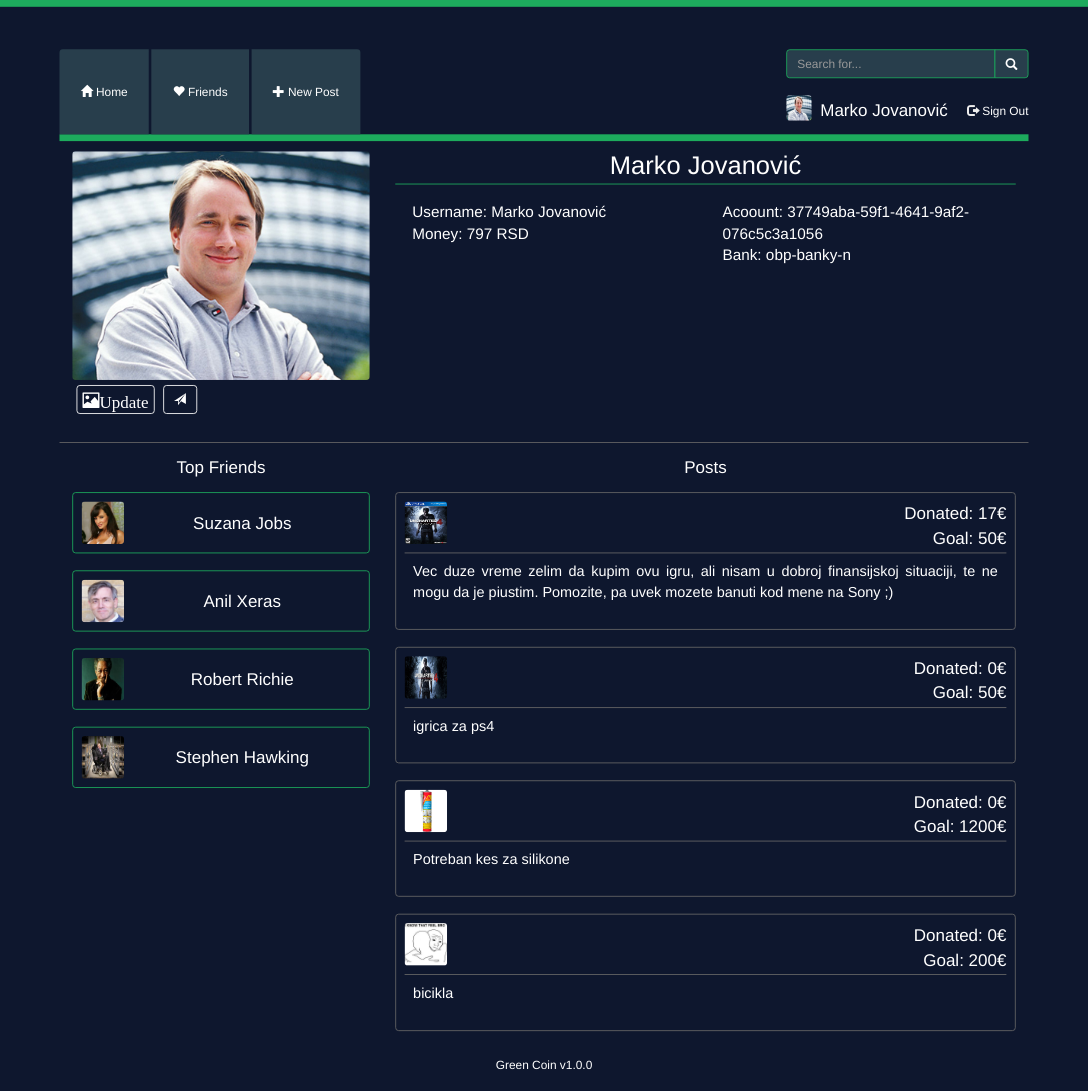
Repository: Hrimthusar/GreenCoin
Page: http://localhost/profile.php
The author's editor kept a record of every edit. The page is drawn from the files as they stood at one moment, then again after the next edit.
The browser window is 1280 px wide. The pictures show the whole page, at 85% of full size.
The page is run by PHP 8.4 with error messages shown; the project is at /var/www/html/. The session is filled in as if someone had signed in: {"userTest": "Marko Jovanović", "id": 4}. Other server files are loaded and not shown. The database holds what the project's SQL file puts in it.

Above is the page before.

### profile.php
<?php
    require("header.php");

    if(isset($_GET['id']))
        $id = $_GET['id'];
    else {
        $id = $_SESSION['id'];
    } // zatvorio sam ovde

    if (isset($_FILES['profImg'])) {
        $uploadDir = "images/users/";
        $allowedExts = array('jpg','jpeg','png');

        $extension = end(explode('.',$_FILES['profImg']['name']));

        if (!in_array($extension, $allowedExts)) {
            echo "Invalid image format. <br>";
            exit();
        }
        if ($_FILES['profImg']['size'] > 2097152) {
             echo "Image too large. <br>";
        }
        $imagePath = $uploadDir.$id.'.'.$extension;
        $imageLink = $id.'.'.$extension;

        // if (!file_exists($imagePath)) {
            move_uploaded_file($_FILES['profImg']['tmp_name'], $imagePath);
        // }

        $query = "UPDATE users SET img='$imageLink' WHERE id='$id'";
        $result = mysqli_query($db, $query);

    }
?>

<div class='row' id="profil-first-line">
    <div class='col-md-4 profil-slika'>
        <?php
            $query = "SELECT * FROM users WHERE id = '$id'";
            $result = mysqli_query($db, $query);
            $row = mysqli_fetch_array($result, MYSQLI_ASSOC);

            if (strlen($row['img']))
                echo "<img id='imgprev2' src='images/users/{$row['img']}'/>"; //onError="this.src='images/no-image.jpg'
            else
                echo "<img id='imgprev2' src='images/no-image.jpg'>";
        ?>

        <?php if($id == $_SESSION['id']){ ?>
        <div class='dugmad-ispod'>
            <form action="" method="post" enctype="multipart/form-data">
                <label for="profImg">
                    <span class="img-upload glyphicon glyphicon-picture" aria-hidden="true">Update</span>
                    <input type="file" name="profImg" id="profImg" accept="image/*" style='display:none'>
                </label>
                <button type="submit" class='search-btn btn glyphicon glyphicon-send' style='background:transparent;border:1px solid #fff;'></button>
            </form>
        </div>
        <?php } ?>
    </div>

    <div class='col-md-8 profil-informacije'>
        <h2><?php echo $row['username']; ?></h2>
        <div class='profil-informacije-pola'>
            Username: <?php echo $row['username']; ?> <br />
            Money: <?php echo $row['wallet'] ?> RSD <br />
        </div>
        <div class='profil-informacije-pola'>
<?php
    if($id == $_SESSION['id']){

?>
            Acoount: <?php echo $row['bank_acc']; ?> </br>
            Bank: <?php echo $row['bank_id']; ?>
<?php
} else {
?>
    <!--<div class='profil-friend-loan' style='color:#1DAB5D;'>-->
    <!--    + 20&euro;-->
    <!--</div>-->
<?php
}
?>
        </div>
    </div>
</div>
<?php
    if($id == $_SESSION['id']){
?>
        <div class='row profil-second-line'>
            <div class='col-md-4'>
                <?php
                   $query = "SELECT * FROM friends WHERE friend_one='$id' OR friend_two='$id'";
                    $result = mysqli_query($db, $query);

                    $friends = array();

                    while ($row = mysqli_fetch_array($result, MYSQLI_ASSOC)) {
                        if (intval($row['friend_one']) == $id)
                            $friends[] = $row['friend_two'];
                        else
                            $friends[] = $row['friend_one'];
                    }

                    $query = "SELECT * FROM users ORDER BY id DESC";
                    $result = mysqli_query($db, $query);
                ?>
                <span  class='padding-5'>Top Friends</span>
                <?php
                    while ($row = mysqli_fetch_array($result, MYSQLI_ASSOC)) {
                        if (in_array($row['id'], $friends)) {
                ?>
                <a href="profile.php?id=<?php echo $row['id'] ?>">
                    <div class='friend-article'>
                        <img src='images/users/<?php echo $row['img']; ?>'/>
                        <div class='friend-article-name'><?php echo $row['username']; ?></div>
                    </div>
                </a>
                <?php
                        }
                    }
                ?>
            </div>
            <div class='col-md-8 profil-mid'>
                <span  class='padding-5'>Posts</span>
                <?php
                    $query = "SELECT * FROM posts WHERE user_id='$id'";
                    $result = mysqli_query($db, $query);

                    while ($row = mysqli_fetch_array($result, MYSQLI_ASSOC)) {
                ?>
                <a href="post.php?id=<?php echo $row['id'];?>">
                    <div class='profil-post-article'>
                        <img src="<?php echo 'images/posts/'.$row['img']; ?>"/>
                        <div class='friend-article-price'>Donated: <?php echo $row['current_money']; ?>&euro;</br>Goal: <?php echo $row['money']; ?>&euro;</div>
                        <div class='friend-article-text'>
                            <?php echo $row['content'];?>
                        </div>
                    </div>
                </a>
                <?php
                    }
                ?>
            </div>
        </div>
<?php
    } else { //i ako je prijatelj
?>
<div class='row profil-second-line'>
    <?php
        $query = "SELECT * FROM posts WHERE user_id='$id'";
        $result = mysqli_query($db, $query);
        while ($row = mysqli_fetch_array($result, MYSQLI_ASSOC)) {
    ?>
    <div class='col-md-6 profil-mid'>
        <div class='profil-post-article'>
            <img src='images/posts/<?php echo $row['img'] ?>'></img>
            <div class='friend-article-price'>Donated: <?php echo $row['current_money'] ?>&euro;</br>Goal: <?php echo $row['money'] ?>&euro;</div>
            <div class='friend-article-text'>
                <?php echo $row['content'];?>
            </div>
        </div>
    </div>



     <!--<span class='main-article-date'><?php echo date("d.m.Y.", $row['vreme'])." at ".date("H:m", $row['vreme']);?></span>-->
     <!--   <div class='main-article-text'>-->
     <!--       <div class='main-article-shadow main-article-down'>-->
     <!--           <div class='main-more glyphicon glyphicon-chevron-down'></div>-->
     <!--       </div>-->
     <!--       <?php echo $row['content'];?>-->
     <!--   </div>-->
     <!--   <div class='main-article-image'>-->
     <!--       <a href='post.php?id=<?php echo $row["id"];?>'><img class="img img-responsive" src='images/posts/<?php echo $row['img'] ?>'></img></a>-->
     <!--   </div>-->
     <!--   <div class='main-desno'>-->
     <!--       <div class='main-article-money'>-->
     <!--           <?php echo $row['current_money'] ?>&euro;</br>-->
     <!--           (<?php echo $row['money'] ?>&euro;)</br>-->
     <!--       </div>-->
     <!--       <div class='input-box'>-->
     <!--           <form action='transaction.php' method='post'>-->
     <!--               <input type='hidden' name="userid" value="<?php echo $row['user_id']?>"/>-->
     <!--               <input class='search-box form-control' placeholder='Cash' name="cash"></input>-->
     <!--               <a href="transaction.php"><button class='search-btn btn btn-green glyphicon glyphicon-send'></button></a>-->
     <!--           </form>-->
     <!--       </div>-->
     <!--   </div>-->



    <?php } ?>

</div>
<?php
    }
?>
<?php
    require("footer.php");
?>

### header.php
<?php
    require('init.php');
    if (!isset($_SESSION['id']))
        header("Location: login.php");
    $headId = $_SESSION['id'];
    $result = mysqli_query($db, "SELECT * FROM users WHERE id = '$headId'");
    $row = mysqli_fetch_array($result, MYSQLI_ASSOC);
?>
<html>
    <head>
        <meta charset="utf-8">
        <meta name="viewport" content="width=device-width, initial-scale=1, maximum-scale=1, user-scalable=no">

        <link rel="stylesheet" href="bower_components/bootstrap/dist/css/bootstrap.css">
        <link rel="stylesheet" href="css/style.css">
        <script src="bower_components/jquery/dist/jquery.min.js"></script>
        <script src="js/circle-progress.js"></script>
        <script src="js/script.js"></script>

        <title>
            Green Coin v1.0.0
        </title>
    </head>
    <body>
        <div id='splashscreen'>
            <div id='splash-in'></div>
        </div>

        <div class='header-line'></div>

        <?php
            $page = substr($_SERVER['PHP_SELF'], strpos($_SERVER['PHP_SELF'], "/") + 1);
        ?>

        <div class='container'>
            <div id='header' class='row'>
                <div class='col-md-9 col-sm-12 col-xs-12 nopadding'>
                    <a href='index.php'>
                        <div class='header-article <?php if($page == 'index.php') echo "header-active"?>' style='border-top-left-radius:4px;'>
                            <span class='glyphicon glyphicon-home'></span>
                            Home
                        </div>
                    </a>
                    <a href='friends.php'>
                        <div class='header-article <?php if($page == 'friends.php') echo "header-active"?>'>
                            <span class='glyphicon glyphicon-heart'></span>
                            Friends
                        </div>
                    </a>
                    <!-- SLIDE DOWN ISPOD -->
                    <div class='header-article new-trigger article-border-right'>
                        <span class='glyphicon glyphicon-plus'></span>
                        New Post
                    </div>

                    <div id='new-post'>
                        <form action="new_post.php" method="POST" enctype="multipart/form-data">
                            <textarea name="content" required></textarea>
                                <div style='width:100%;float:left;margin-bottom:10px;'>
                                    <div class='main-article-image'>
                                        <img class="img img-responsive" id="imgprev" onError="this.src='images/no-image.jpg'"></img>
                                    </div>
                                </div>
                                <label for="imgInp">
                                    <span class="img-upload glyphicon glyphicon-picture" aria-hidden="true">Image</span>
                                    <input type="file" id="imgInp" name="imgInp" accept="image/*" style="display:none" required>
                                </label>
                                <input class='price' name="cash" placeholder="Cash" type="text">
                                <label for="send" style='float:right'>
                                    <span class="img-upload glyphicon glyphicon-send" aria-hidden="true">Send</span>
                                    <input type="submit" id="send" style="display:none" name="send">
                                </label>
                        </form>
                    </div>

                    <!-- DO OVDE -->
                    <a href='profile.php'>
                        <div class='header-article unhide-sm <?php if($page == 'profile.php') echo "header-active"?>' style='border-top-right-radius:4px;visibility: hidden;'>
                            <span class='glyphicon glyphicon-user'></span>
                            Profile
                        </div>
                    </a>
                </div>

                <div class="col-md-3 col-sm-12 col-xs-12 nopadding">
                    <div class="input-group">
                      <input type="text" class="search-box form-control" placeholder="Search for...">
                      <span class="input-group-btn">
                        <button class="search-btn btn btn-green glyphicon glyphicon-search" type="button"></button>
                      </span>
                    </div>
                    <div id='profile' class='hide-sm'>
                        <a href='profile.php' style='color:#fff;'>
                            <div class='profile-hover'>
                                <div>
                                    <?php
                                        if (strlen($row['img']))
                                            echo "<img src='images/users/{$row['img']}'/>";
                                        else
                                            echo "<img src='images/no-image.jpg'>";
                                    ?>
                                </div>
                                    <span class='profile-name'><?php echo $row['username']; ?></span>
                            </div>
                        </a>

                          <div class='sign-out'>
                            <span class='glyphicon glyphicon-log-out'></span>
                            <span><a href="signout.php">Sign Out</a></span>
                        </div>
                    </div>
                </div>

                <div class='header-line hide-sm'></div>
            </div>

### init.php
<?php
    session_start();

    DEFINE('HOST', '127.0.0.1');
    DEFINE('USER', 'sevic6');
    DEFINE('PASSWORD', 'cistodaimamo');
    DEFINE('DATABASE', 'codebeyond' );

    $db = mysqli_connect(HOST, USER, PASSWORD, DATABASE);
    $db->query("SET NAMES 'utf8'");

    if (mysqli_errno($db))
        die ("Couldn't connect to the database: " . mysqli_error());

### footer.php
        <!--<div id="data">-->

        <!--</div>-->
        <div id="footer">
            <p>Green Coin v1.0.0</p>
        </div>
<?php
?>
</body>
</html>

### DB/db.sql (the tables this page reads)
CREATE TABLE IF NOT EXISTS `friends` (
  `id` int(5) NOT NULL AUTO_INCREMENT,
  `friend_one` int(5) NOT NULL,
  `friend_two` int(5) NOT NULL,
  PRIMARY KEY (`id`)
) ENGINE=InnoDB  DEFAULT CHARSET=latin1 AUTO_INCREMENT=25;

INSERT INTO `friends` (`id`, `friend_one`, `friend_two`) VALUES
(5, 4, 5),
(6, 4, 6),
(9, 4, 8),
(10, 4, 10),
(20, 8, 6),
(21, 10, 6),
(24, 4, 20);

CREATE TABLE IF NOT EXISTS `posts` (
  `id` int(5) NOT NULL AUTO_INCREMENT,
  `content` text COLLATE utf8_bin NOT NULL,
  `img` text COLLATE utf8_bin NOT NULL,
  `money` smallint(6) NOT NULL,
  `current_money` smallint(4) NOT NULL,
  `user_id` int(5) NOT NULL,
  `disabled` tinyint(4) NOT NULL,
  `vreme` timestamp NULL DEFAULT CURRENT_TIMESTAMP,
  PRIMARY KEY (`id`),
  KEY `user_id` (`user_id`)
) ENGINE=InnoDB  DEFAULT CHARSET=utf8 COLLATE=utf8_bin AUTO_INCREMENT=41;

INSERT INTO `posts` (`id`, `content`, `img`, `money`, `current_money`, `user_id`, `disabled`, `vreme`) VALUES
(30, 'Vec duze vreme zelim da kupim ovu igru, ali nisam u dobroj finansijskoj situaciji, te ne mogu da je piustim. Pomozite, pa uvek mozete banuti kod mene na Sony ;)', '30.jpg', 50, 17, 4, 0, '2016-05-17 02:22:02'),
(32, 'They see me rolling....', '32.jpg', 300, 278, 5, 0, '2016-05-17 09:56:57'),
(33, 'Od malih nogu slusam elektronsku muziku, i imam zelju da jednom odem na Tomorrowland, ali nisam u finansijskoj situaciji da to sebi priustim. Od malih nogu slusam elektronsku muziku, i imam zelju da jednom odem na Tomorrowland, ali nisam u finansijskoj situaciji da to sebi priustim. Od malih nogu slusam elektronsku muziku, i imam zelju da jednom odem na Tomorrowland, ali nisam u finansijskoj situaciji da to sebi priustim. Od malih nogu slusam elektronsku muziku, i imam zelju da jednom odem na Tomorrowland, ali nisam u finansijskoj situaciji da to sebi priustim.', '33.jpg', 300, 275, 7, 0, '2016-05-17 10:01:49'),
(34, 'Volim svetlece stvari i razmazen sam', '34.png', 100, 100, 8, 1, '2016-05-17 10:03:03'),
(35, 'Volim Fox viljuske', '35.jpg', 500, 500, 10, 1, '2016-05-17 10:03:52'),
(36, 'Najbolja igrica', '36.jpg', 50, 46, 20, 0, '2016-05-17 10:07:34'),
(37, 'igrica za ps4', '37.jpg', 50, 0, 4, 0, '2016-05-17 10:53:37'),
(38, 'Brate...', '38.png', 500, 500, 10, 1, '2016-05-17 13:10:16'),
(39, 'Potreban kes za silikone', '39.jpg', 1200, 0, 4, 0, '2016-05-22 11:02:30'),
(40, 'bicikla', '40.jpg', 200, 0, 4, 0, '2016-06-03 10:39:47');

CREATE TABLE IF NOT EXISTS `users` (
  `id` int(5) NOT NULL AUTO_INCREMENT,
  `email` varchar(40) NOT NULL,
  `username` varchar(40) CHARACTER SET utf8 COLLATE utf8_bin NOT NULL,
  `bank_id` varchar(40) NOT NULL,
  `name` varchar(40) NOT NULL,
  `view_id` varchar(40) NOT NULL,
  `bank_acc` varchar(40) NOT NULL,
  `img` varchar(20) NOT NULL,
  `wallet` int(10) NOT NULL DEFAULT '1000',
  `ballance` int(10) NOT NULL,
  PRIMARY KEY (`id`)
) ENGINE=InnoDB  DEFAULT CHARSET=latin1 AUTO_INCREMENT=23;

INSERT INTO `users` (`id`, `email`, `username`, `bank_id`, `name`, `view_id`, `bank_acc`, `img`, `wallet`, `ballance`) VALUES
(4, 'joe.bloggs@example.com', 'Marko Jovanović', 'obp-banky-n', '', '', '37749aba-59f1-4641-9af2-076c5c3a1056', '4.jpg', 797, 203),
(5, 'robert.x.d.n@example.com', 'Stephen Hawking', 'test-bank', 'Ivan', '', 'momonia22', '5.jpg', 1068, -68),
(7, 'mare@gmailcom', 'John Miswer', 'Erste', 'mare', '', 'RS13131ASDAS', '7.jpg', 574, -250),
(8, 'robert.y.f.n@example.com', 'Robert Richie', 'obp-banky-n', 'Robert Y', '', '37749aba-59f1-4641-9af2-076c5c3a1056', '8.jpg', 725, -67),
(10, 'anil.x.d.n@example.com', 'Anil Xeras', '094455a8-4d95-422d-bf3a-3566ed7af055', 'Anil X', '', 'obp-bankx-n', '10.jpg', 1824, -140),
(20, 'susan.y.f.n@example.com', 'Suzana Jobs', 'obp-banky-n', 'Susan Jobs', '', 'ee74f448-7b79-4dd0-a0bc-a97876fab0cf', '20.jpg', 344, -10),
(21, 'peca@gmail.com', 'Pera Peric', 'nordea', 'Pera Peric', '', '55', '21.png', 1000, 0),
(22, 'anil.uk.29@example.com', 'Otac Mare', 'hsbc-test', 'Otac Mare', '', '1111', '', 1000, 0);

Loaded but not shown: bower_components/bootstrap/dist/css/bootstrap.css (library); bower_components/jquery/dist/jquery.min.js (library); js/circle-progress.js (439 lines, source omitted); js/script.js (176 lines, source omitted); css/style.css (707 lines, source omitted)

After the next edit:
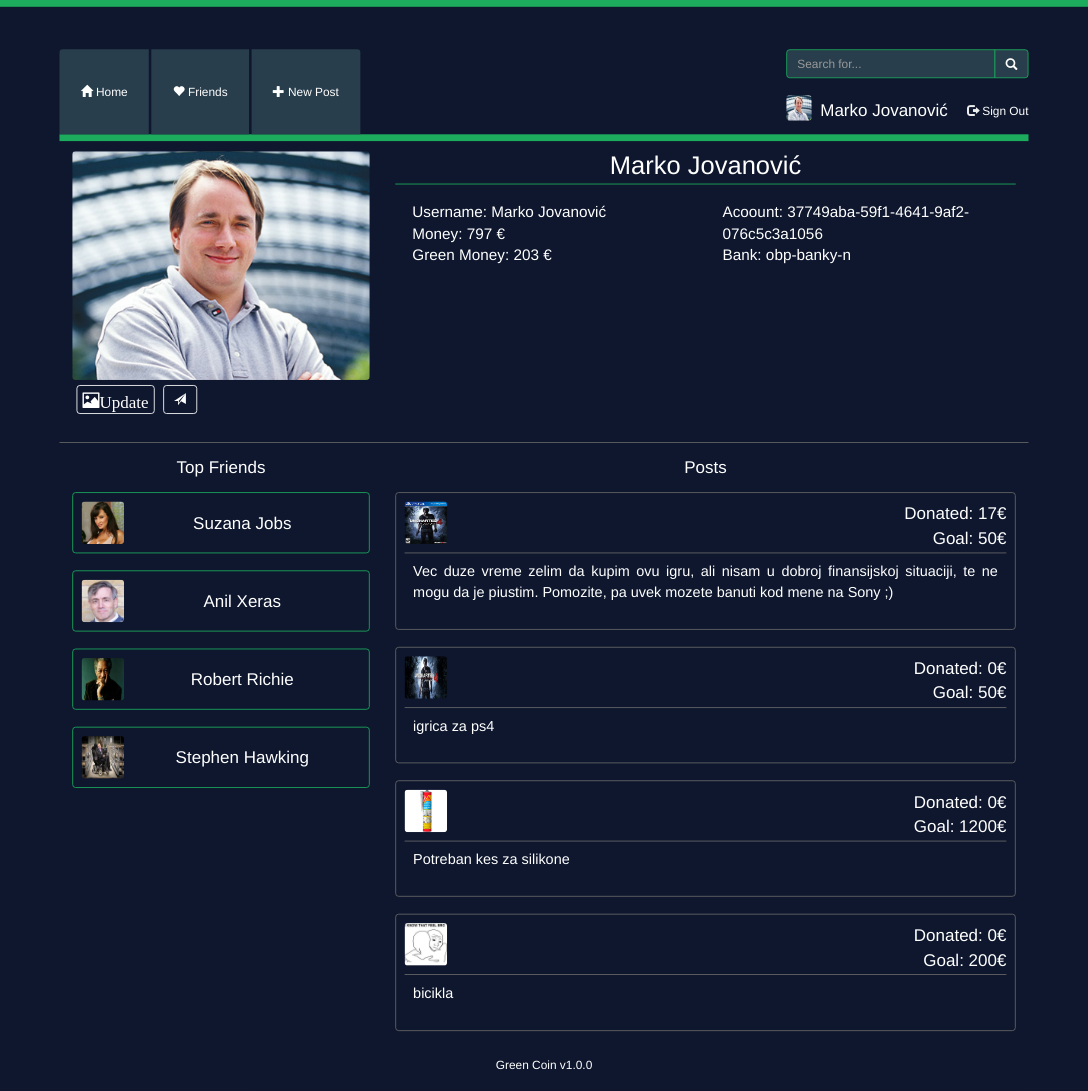
The edit:
--- a/profile.php
+++ b/profile.php
@@ -63,7 +63,8 @@
         <h2><?php echo $row['username']; ?></h2>
         <div class='profil-informacije-pola'>
             Username: <?php echo $row['username']; ?> <br />
-            Money: <?php echo $row['wallet'] ?> RSD <br />
+            Money: <?php echo $row['wallet'] ?> &euro; <br />
+            Green Money: <?php echo $row['ballance']; ?> &euro;
         </div>
         <div class='profil-informacije-pola'>
 <?php
